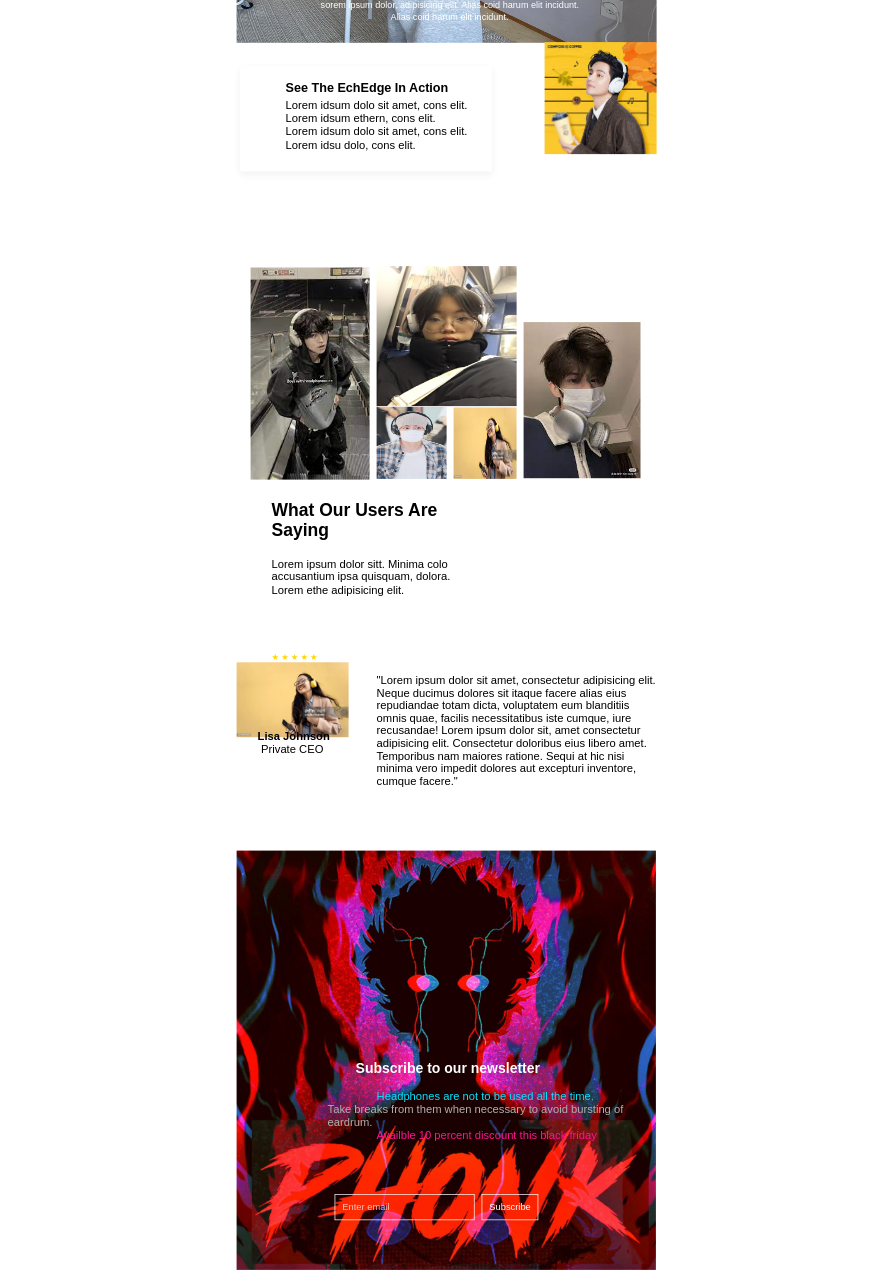
Repository: Femi007-gh/headphones
Page: index.html
These files come from the project's save history. The page is drawn as it stood at one moment and after a run of saves; the edit follows.
The browser window is 1280 px wide. The pictures show the part of the page from y = 1903 to 3823 px (the page is 3717 px tall before and 3823 px after), at 70% of full size.

Above is the page before, as saved 2025-03-02 01:12:42.

After the next 3 saves:
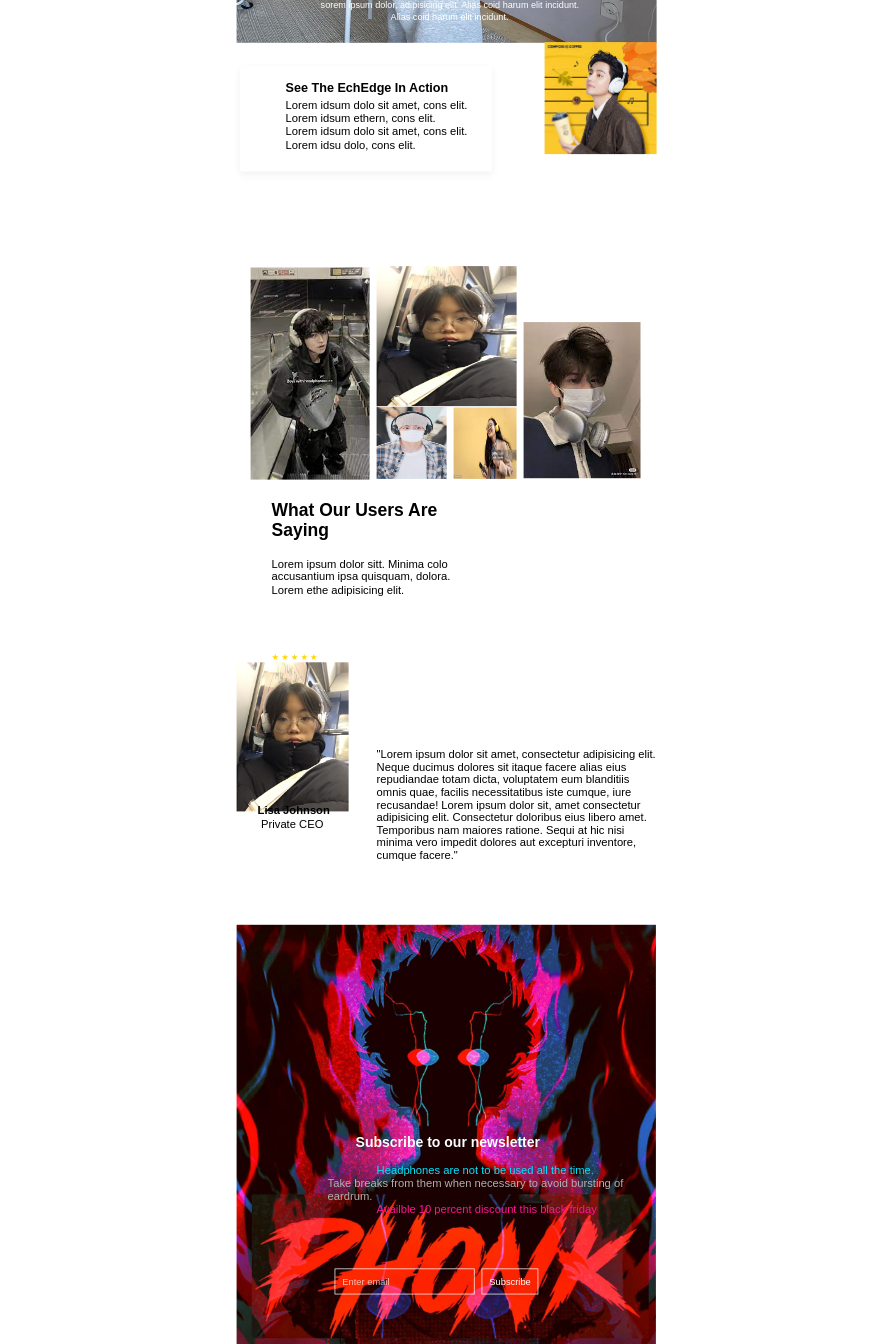
The 3 saves are shown as one change because they came seconds apart.
The last was saved 12 s later.
--- a/index.html
+++ b/index.html
@@ -107,7 +107,7 @@
                 accusantium ipsa quisquam, dolora.</p>
                 <p class="lorem2-2">Lorem ethe adipisicing elit.</p>
                 <div class="stars">★★★★★</div>
-                <img class="circle-image" src="woman-hp3.jpg">
+                <img class="circle-image" src="woman-hp2.jpg">
                 <p class="lorem3-3">"Lorem ipsum dolor sit amet, consectetur adipisicing elit. Neque ducimus dolores sit itaque facere alias eius repudiandae totam dicta, voluptatem eum blanditiis omnis quae, facilis necessitatibus iste cumque, iure recusandae! Lorem ipsum dolor sit, amet consectetur adipisicing elit. Consectetur doloribus eius libero amet. Temporibus nam maiores ratione. Sequi at hic nisi minima vero impedit dolores aut excepturi inventore, cumque facere."</p>
                 <p class="lisa">Lisa Johnson</p>
                 <p class="work">Private CEO</p>
